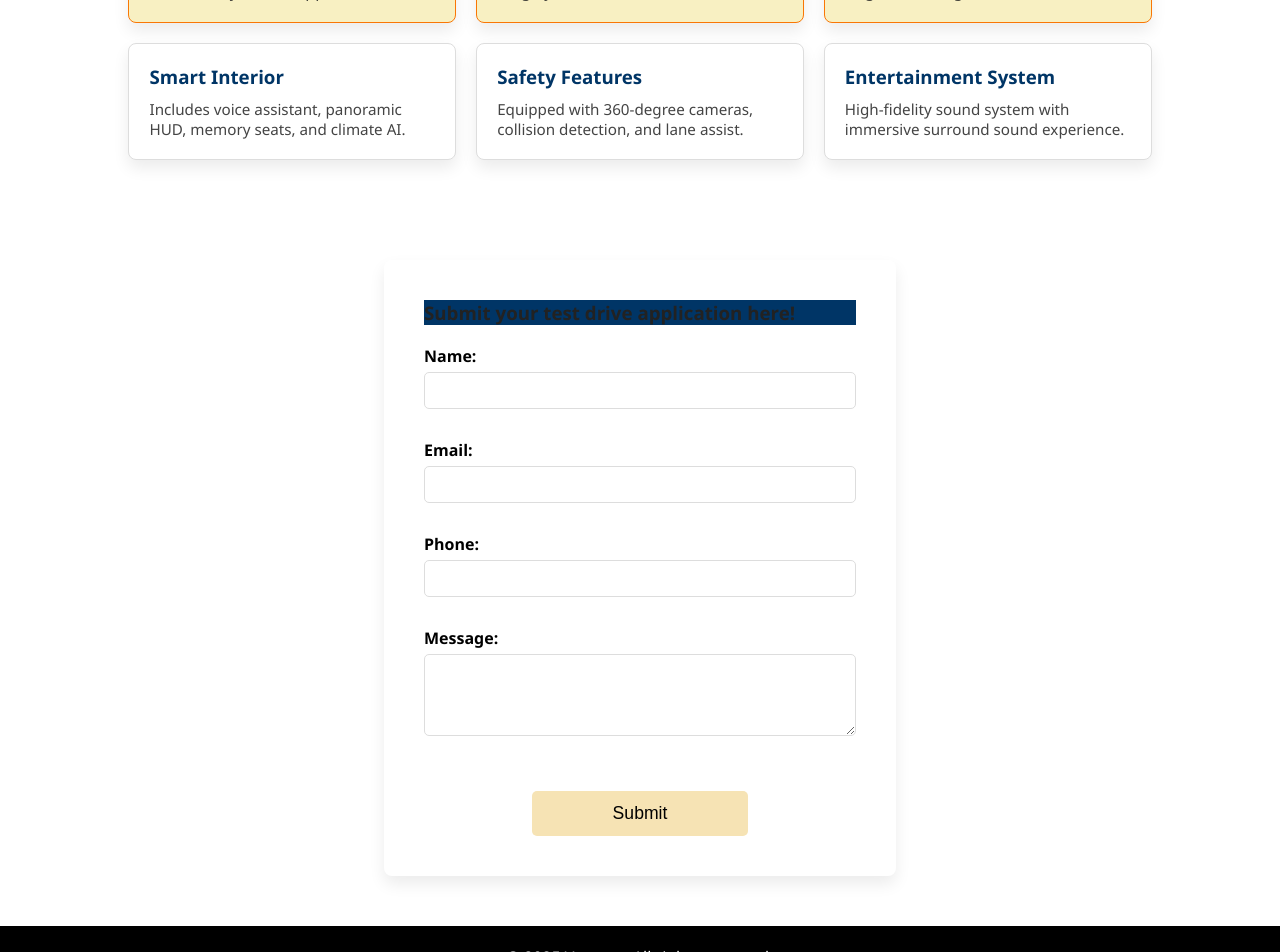
Repository: JiaheSu22/vrooom-responsive-main
Page: index.html
These files come from the project's save history. The page is drawn as it stood at one moment and after the next save; the edit follows.
The browser window is 1280 px wide. The pictures show the part of the page from y = 858 to 1810 px (the page is 1868 px tall before and 1768 px after).
A picture or video elsewhere on the page could not be fetched, so the positions and the page height are approximate.

Above is the page before, as saved 2025-04-11 15:37:03.

### index.html
<!DOCTYPE html>
<html lang="en">

<head>
  <meta charset="UTF-8">
  <title>Vrooom — Barracuda X10</title>
  <style>
    * {
      box-sizing: border-box;
      margin: 0;
      padding: 0;
    }

    body {
      font-family: 'Segoe UI', sans-serif;
      background-color: #f9f9f9;
      color: #222;
    }

    /* HERO SECTION */
    .hero {
      position: relative;
      height: 100vh;
      width: 100%;
      background-image: url('assets/mercedes-vision-avtr.webp');
      background-repeat: no-repeat;
      background-size: cover;
      background-position: center;
      overflow: hidden;
    }

    /* Optional dark overlay for unifying text+video contrast */
    .hero::before {
      content: "";
      position: absolute;
      inset: 0;
      background: linear-gradient(to right, rgba(0, 0, 0, 0.7), rgba(0, 0, 0, 0.1));
      z-index: 0;
    }

    /* Logo - slightly rotated, floating */
    .hero-logo {
      position: absolute;
      left: 2px;
      width: 30%;
      transform: rotate(-8deg);
      z-index: 0;
    }

    .hero-logo img {
      width: 100%;
    }

    /* Rotated text box */
    .hero-text {
      position: absolute;
      bottom: 3%;
      left: 5%;
      background: rgba(255, 255, 255, 0.1);
      padding: 30px;
      border-left: 6px solid #f6e3b4;
      border-radius: 10px;
      backdrop-filter: blur(1px);
      z-index: 0;

    }

    .hero-text h1 {
      font-size: 3em;
      color: #a0fcf7;
      margin-bottom: 10px;
    }

    .hero-text p {
      font-size: 1.2em;
      color: #fff;
    }

    /* Tilted video box */
    .hero-video {
      position: absolute;
      top: auto;
      bottom: 20px;
      right: 20px;
      box-shadow: 0 10px 20px rgba(0, 0, 0, 0.6);
      z-index: 0;
      border-radius: 5px;
      overflow: hidden;
      transition: transform 0.3s ease;
    }

    .hero-video:hover {
      transform: scale(1.3);
    }

    .hero-video video {
      width: 100%;
      display: block;
      border-radius: 2px;
    }

    /* CARD SECTION */
    .card-section {
      display: flex;
      flex-wrap: wrap;
      justify-content: center;
      gap: 20px;
      padding: 50px 10%;
      background-color: #ffffff;
    }

    .top-card {
      background: rgb(248, 240, 194);
      border: 1px solid #f97705;
      border-radius: 8px;
      box-shadow: 0 8px 16px rgba(0, 0, 0, 0.08);
      padding: 20px;
      width: 32%;
      transition: transform 0.3s ease;
    }

    .card {
      background: white;
      border: 1px solid #ddd;
      border-radius: 8px;
      box-shadow: 0 8px 16px rgba(0, 0, 0, 0.08);
      width: 32%;
      padding: 20px;
      transition: transform 0.3s ease;
    }

    .top-card:hover {
      transform: translateY(10px);
      box-shadow: 0 12px 24px rgba(101, 247, 205, 0.1);
    }

    .card:hover {
      transform: translateY(-5px);
      box-shadow: 0 12px 24px rgba(0, 0, 0, 0.1);
    }

    .card h3 {
      margin-bottom: 10px;
      color: #003566;
    }

    .card p {
      font-size: 0.95em;
      color: #444;
    }

    .form-section {
      display: flex;
      flex-direction: column;
      background: #ffffff;
      padding: 50px 10%;

    }

    .form-section .form-header {
      background-color: #003566;
      margin-bottom: 20px;
    }

    .form-section form {
      display: flex;
      flex-direction: column;
      border-radius: 8px;
      box-shadow: 0 8px 16px rgba(0, 0, 0, 0.08);
      width: 50%;
      padding: 40px;
      margin: auto;
    }

    .form-section label {
      display: flex;
      font-weight: bold;
      margin-bottom: 5px;
      color: #000000;
    }

    .form-section input,
    textarea {
      width: 100%;
      padding: 10px;
      border: 1px solid #ddd;
      border-radius: 5px;
      margin-bottom: 15px;
    }

    .form-section .form {
      margin-bottom: 15px;
    }

    .form-section button {
      margin: auto;
      background: #f6e3b4;
      color: #000000;
      border: none;
      padding: 12px 25px;
      border-radius: 5px;
      cursor: pointer;
      font-size: 1.1em;
      width: 50%;
      margin-top: 20px;
      transition: background 0.3s ease;
    }

    .form-section button:hover {
      background: #f97705;
      color: #fff;
    }

    .footer {
      background: #000000;
      padding: 20px;
      text-align: center;
      color: #ffffff;
    }

    .footer a {
      color: #ffffff;
      transition: background 0.3s ease;
    }

    .footer a:hover {
      color: #f6e3b4;
    }

    /* Responsive Adjustments */
    @media (max-width: 768px) {
      .hero-text {
        position: static;
        margin: 20px auto;
        background: rgba(0, 0, 0, 0.7);
        text-align: center;
      }

      .hero-video {
        position: static;
        width: 90%;
        margin: 20px auto;
      }

      .card-section {

        align-items: center;
        padding: 30px 5%;
      }
    }
  </style>
</head>

<body>

  <!-- HERO SECTION -->
  <section class="hero">

    <!-- Logo -->
    <div class="hero-logo">
      <img src="assets/logo-enh.png" alt="Vrooom Logo">
    </div>

    <!-- Text -->
    <div class="hero-text">
      <h1>Mercedes Vision AVTR</h1>
      <p>A marriage between art and science.</p>
    </div>

    <!-- Video -->
    <div class="hero-video">
      <video autoplay loop muted>
        <source src="assets/avtr-demo.mp4" type="video/mp4">
        Your browser does not support the video tag.
      </video>
    </div>

  </section>

  <!-- CARD SECTION -->
  <section class="card-section">
    <div class="top-card">
      <h3>Top Speed</h3>
      <p>Reaches up to 220mph on open track with aerodynamic support.</p>
    </div>
    <div class="top-card">
      <h3>Acceleration</h3>
      <p>0 to 60mph in just 3.0 seconds. The surge you feel is real.</p>
    </div>
    <div class="top-card">
      <h3>Eco Mode</h3>
      <p>Fuel-efficient and clean in city mode — go fast and green.</p>
    </div>
    <div class="card">
      <h3>Smart Interior</h3>
      <p>Includes voice assistant, panoramic HUD, memory seats, and climate AI.</p>
    </div>
    <div class="card">
      <h3>Safety Features</h3>
      <p>Equipped with 360-degree cameras, collision detection, and lane assist.</p>
    </div>
    <div class="card">
      <h3>Entertainment System</h3>
      <p>High-fidelity sound system with immersive surround sound experience.</p>
    </div>
  </section>

  <section class="form-section">
    <form action="">
      <div class="form-header">
        <h3>Submit your test drive application here!</h3>
      </div>
      <div class="form">
        <label for="name">Name:</label>
        <input type="text" id="name" name="name" required>
      </div>
      <div class="form">
        <label for="email">Email:</label>
        <input type="email" id="email" name="email" required>
      </div>
      <div class="form">
        <label for="phone">Phone:</label>
        <input type="tel" id="phone" name="phone" required>
      </div>
      <div class="form">
        <label for="message">Message:</label>
        <textarea id="message" name="message" rows="4" required></textarea>
      </div>
      <button type="submit">Submit</button>
    </form>
  </section>

  <section class="footer">
    <footer>
      <div class="footer-content">
        <p>&copy; 2025 Vrooom. All rights reserved.</p>
        <p>Contact us on <a href="mailto:contect@vroom.com">Email</a>
      </div>
    </footer>
  </section>
</body>

</html>

After the next save:
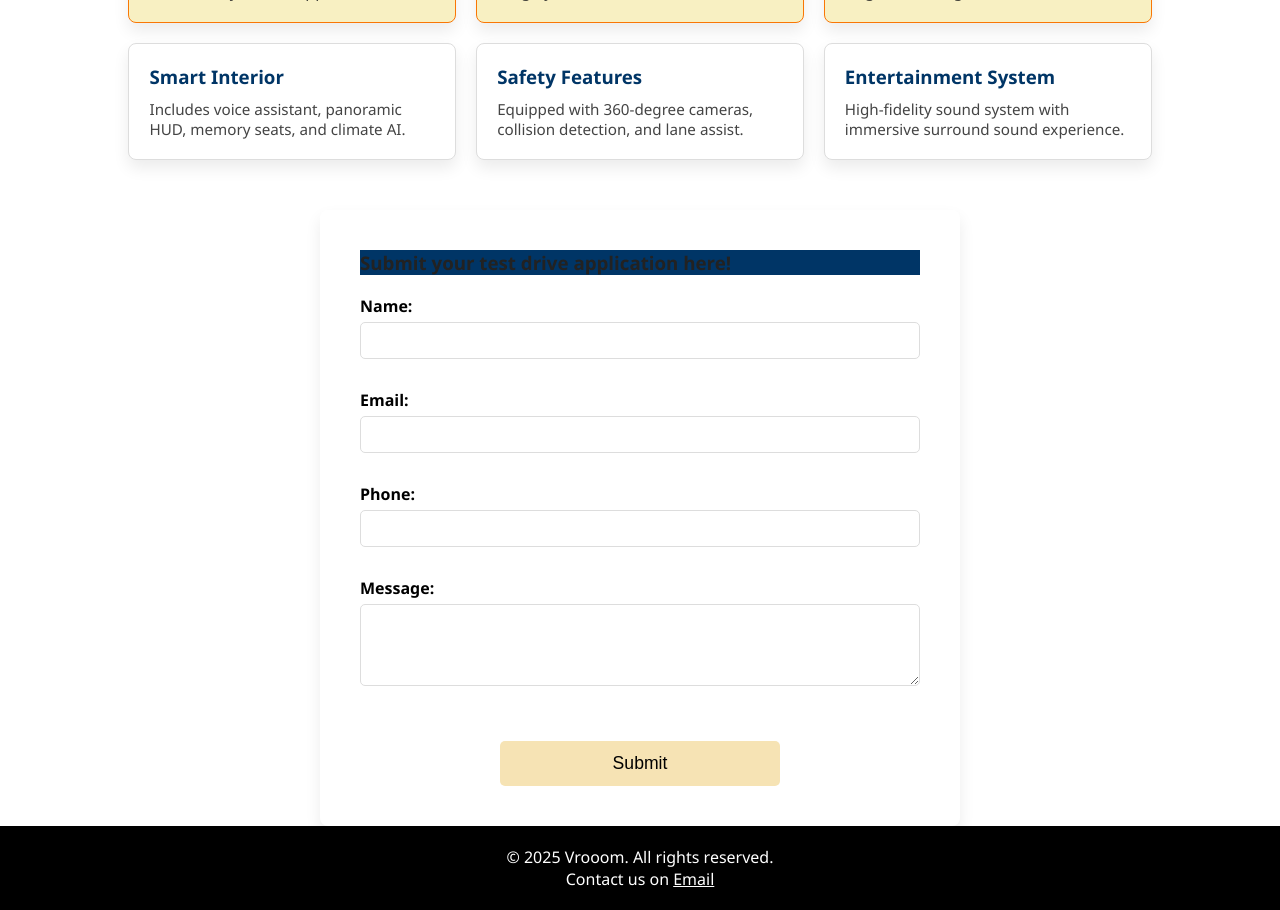
Saved 92 s later.
--- a/index.html
+++ b/index.html
@@ -153,8 +153,6 @@
       display: flex;
       flex-direction: column;
       background: #ffffff;
-      padding: 50px 10%;
-
     }
 
     .form-section .form-header {
